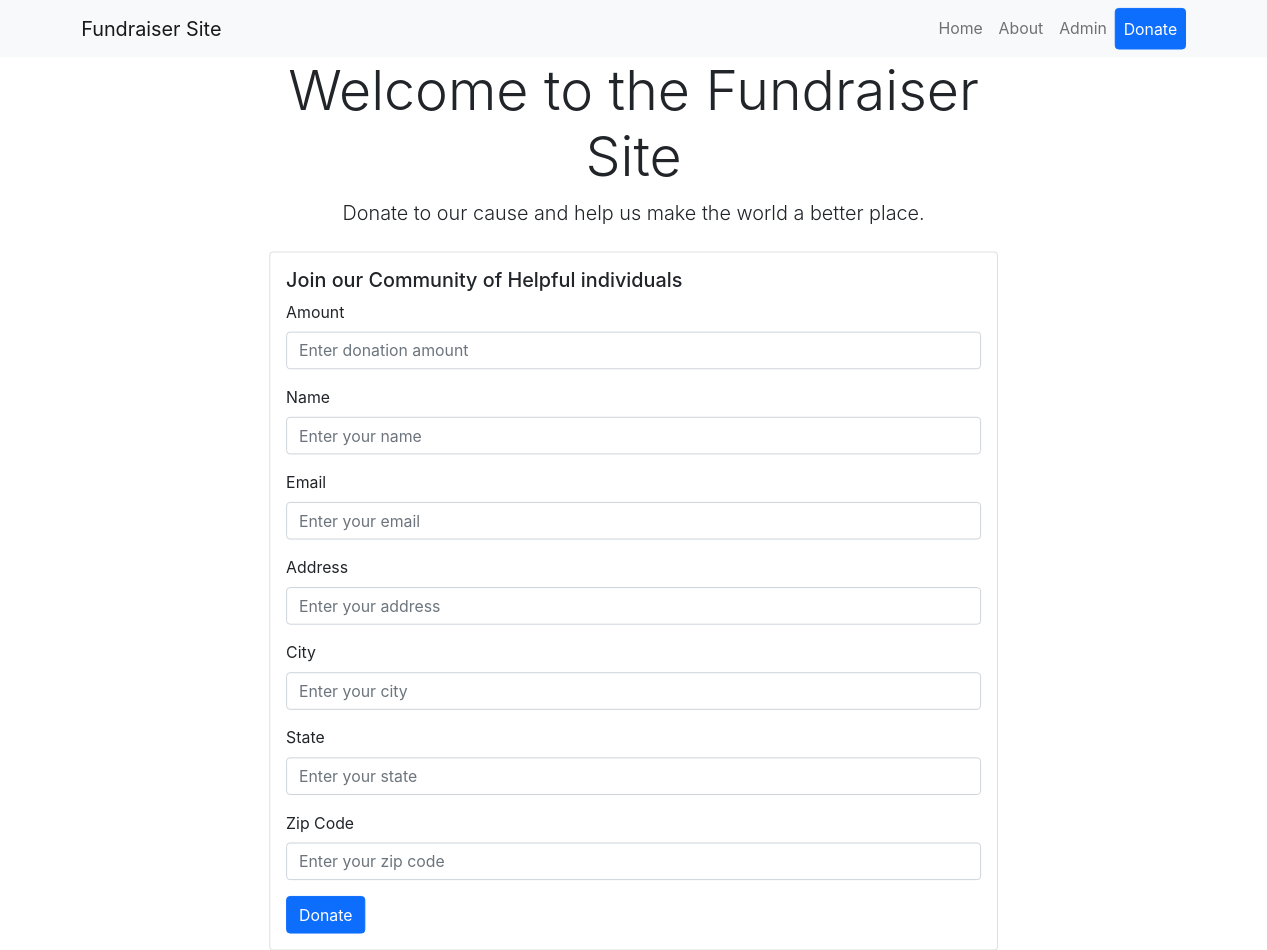
Repository: DragonFruit8/Fundraiser-Page
Page: /
These files come from the project's save history. The page is drawn as it stood at one moment and after a run of saves; the edit follows.
The browser window is 1280 px wide. The pictures show the whole page, at 99% of full size.
The project was rebuilt for these pictures with package versions that can differ from the ones it lists, and the page was loaded fresh each time. Also part of the build but not shown: src/pages/About.js, src/pages/Donate.js, src/pages/Admin.js.

Above is the page before, as saved 2024-07-19 12:41:42.

### public/index.html
<!DOCTYPE html>
<html lang="en">
  <head>
    <meta charset="utf-8" />
    <link rel="icon" href="%PUBLIC_URL%/favicon.ico" />
    <meta name="viewport" content="width=device-width, initial-scale=1" />
    <meta name="theme-color" content="#000000" />
    <meta
      name="description"
      content="Web site created using create-react-app"
    />
    <link rel="apple-touch-icon" href="%PUBLIC_URL%/logo192.png" />
    <link
      href="https://cdn.jsdelivr.net/npm/bootstrap@5.0.2/dist/css/bootstrap.min.css"
      rel="stylesheet"
      integrity="sha384-EVSTQN3/azprG1Anm3QDgpJLIm9Nao0Yz1ztcQTwFspd3yD65VohhpuuCOmLASjC"
      crossorigin="anonymous"
    />
    <!--
      manifest.json provides metadata used when your web app is installed on a
      user's mobile device or desktop. See https://developers.google.com/web/fundamentals/web-app-manifest/
    -->
    <link rel="manifest" href="%PUBLIC_URL%/manifest.json" />
    <!--
      Notice the use of %PUBLIC_URL% in the tags above.
      It will be replaced with the URL of the `public` folder during the build.
      Only files inside the `public` folder can be referenced from the HTML.

      Unlike "/favicon.ico" or "favicon.ico", "%PUBLIC_URL%/favicon.ico" will
      work correctly both with client-side routing and a non-root public URL.
      Learn how to configure a non-root public URL by running `npm run build`.
    -->
    <title>React App</title>
  </head>
  <body>
    <noscript>You need to enable JavaScript to run this app.</noscript>
    <div id="root"></div>
    <!--
      This HTML file is a template.
      If you open it directly in the browser, you will see an empty page.

      You can add webfonts, meta tags, or analytics to this file.
      The build step will place the bundled scripts into the <body> tag.

      To begin the development, run `npm start` or `yarn start`.
      To create a production bundle, use `npm run build` or `yarn build`.
    -->
    <script
      src="https://cdn.jsdelivr.net/npm/bootstrap@5.0.2/dist/js/bootstrap.bundle.min.js"
      integrity="sha384-MrcW6ZMFYlzcLA8Nl+NtUVF0sA7MsXsP1UyJoMp4YLEuNSfAP+JcXn/tWtIaxVXM"
      crossorigin="anonymous"
    ></script>
    <script
      src="https://cdn.jsdelivr.net/npm/@popperjs/core@2.9.2/dist/umd/popper.min.js"
      integrity="sha384-IQsoLXl5PILFhosVNubq5LC7Qb9DXgDA9i+tQ8Zj3iwWAwPtgFTxbJ8NT4GN1R8p"
      crossorigin="anonymous"
    ></script>
    <script
      src="https://cdn.jsdelivr.net/npm/bootstrap@5.0.2/dist/js/bootstrap.min.js"
      integrity="sha384-cVKIPhGWiC2Al4u+LWgxfKTRIcfu0JTxR+EQDz/bgldoEyl4H0zUF0QKbrJ0EcQF"
      crossorigin="anonymous"
    ></script>
  </body>
</html>

### src/App.js
import React from 'react';
import { BrowserRouter as Router, Route, Routes } from 'react-router-dom';
import Home from './pages/Home';
import About from './pages/About';
import Donate from './pages/Donate';
import Admin from './pages/Admin';
import Navbar from './components/Navbar';

const App = () => {
  return (
    <Router>
      <Navbar />
      <Routes>
        <Route path="/" element={<Home />} />
        <Route path="/about" element={<About />} />
        <Route path="/donate" element={<Donate />} />
        <Route path="/admin" element={<Admin />} />
      </Routes>
    </Router>
  );
};

export default App;

### src/pages/Home.js

import React, { useState } from 'react';


const Home = () => {
    const [residentialInfo, setResidentialInfo] = useState({
        address: '',
        city: '',
        state: '',
        zipCode: ''
    });

    const handleChange = (e) => {
        setResidentialInfo({
            ...residentialInfo,
            [e.target.name]: e.target.value
        });
    };

    const handleSubmit = (e) => {
        e.preventDefault();
        // Send residentialInfo to the association for neighbors
        console.log(residentialInfo);
        // Reset the form
        setResidentialInfo({
            address: '',
            city: '',
            state: '',
            zipCode: ''
        });
    };

    return (
        <section className="container">
            <div className="row justify-content-center">
                <div className="col-md-8">
                    <div className="text-center">
                        <h1 className="display-4">Welcome to the Fundraiser Site</h1>
                        <p className="lead">Donate to our cause and help us make the world a better place.</p>
                    </div>
                    <div className="card mt-4">
                        <div className="card-body">
                            <h5 className="card-title">Join our Community of Helpful individuals</h5>
                            <form onSubmit={handleSubmit}>
                                <div className="mb-3">
                                    <label htmlFor="amount" className="form-label">Amount</label>
                                    <input type="number" className="form-control" id="amount" placeholder="Enter donation amount" />
                                </div>
                                <div className="mb-3">
                                    <label htmlFor="name" className="form-label">Name</label>
                                    <input type="text" className="form-control" id="name" placeholder="Enter your name" />
                                </div>
                                <div className="mb-3">
                                    <label htmlFor="email" className="form-label">Email</label>
                                    <input type="email" className="form-control" id="email" placeholder="Enter your email" />
                                </div>
                                <div className="mb-3">
                                    <label htmlFor="address" className="form-label">Address</label>
                                    <input type="text" className="form-control" id="address" name="address" value={residentialInfo.address} onChange={handleChange} placeholder="Enter your address" />
                                </div>
                                <div className="mb-3">
                                    <label htmlFor="city" className="form-label">City</label>
                                    <input type="text" className="form-control" id="city" name="city" value={residentialInfo.city} onChange={handleChange} placeholder="Enter your city" />
                                </div>
                                <div className="mb-3">
                                    <label htmlFor="state" className="form-label">State</label>
                                    <input type="text" className="form-control" id="state" name="state" value={residentialInfo.state} onChange={handleChange} placeholder="Enter your state" />
                                </div>
                                <div className="mb-3">
                                    <label htmlFor="zipCode" className="form-label">Zip Code</label>
                                    <input type="text" className="form-control" id="zipCode" name="zipCode" value={residentialInfo.zipCode} onChange={handleChange} placeholder="Enter your zip code" />
                                </div>
                                <button type="submit" className="btn btn-primary">Donate</button>
                            </form>
                        </div>
                    </div>
                </div>
            </div>
        </section>
    );
    };


export default Home;

### src/components/Navbar.js
import React from 'react';
import { Link } from 'react-router-dom';

const Navbar = () => {
    return (
        <nav className="navbar navbar-expand-lg navbar-light bg-light">
            <div className="container">
                <Link className="navbar-brand" to="/">Fundraiser Site</Link>
                <button className="navbar-toggler" type="button" data-bs-toggle="collapse" data-bs-target="#navbarNav" aria-controls="navbarNav" aria-expanded="false" aria-label="Toggle navigation">
                    <span className="navbar-toggler-icon"></span>
                </button>
                <div className="collapse navbar-collapse" id="navbarNav">
                    <ul className="navbar-nav ms-auto">
                        <li className="nav-item">
                            <Link className="nav-link" to="/">Home</Link>
                        </li>
                        <li className="nav-item">
                            <Link className="nav-link" to="/about">About</Link>
                        </li>
                        <li className="nav-item">
                            <Link className="nav-link" to="/admin">Admin</Link>
                        </li>
                        <li className="nav-item">
                            <Link className="nav-link btn btn-primary text-white" to="/donate">Donate</Link>
                        </li>
                    </ul>
                </div>
            </div>
        </nav>
    );
}

export default Navbar;

Loaded but not shown: src/index.js (common file); src/index.css (common file)

After the next 2 saves:
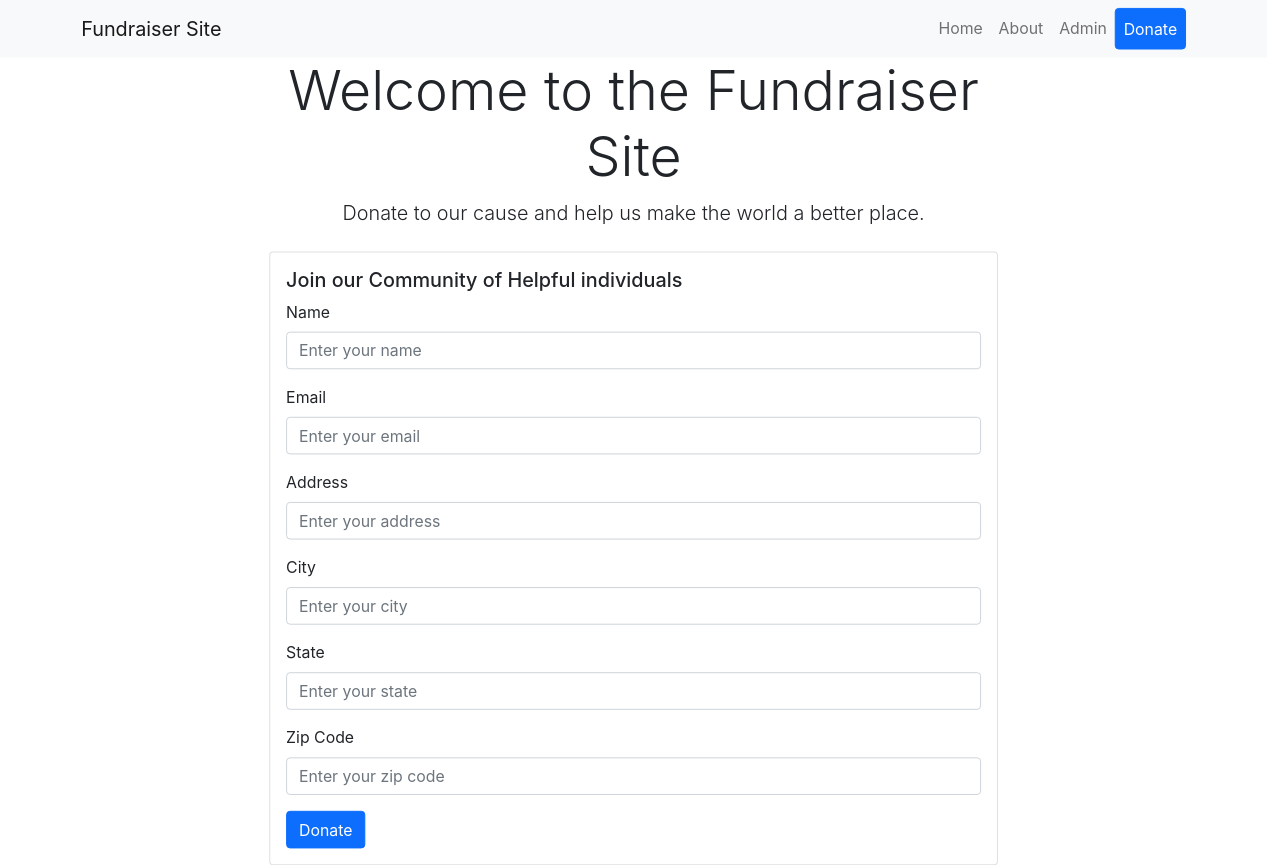
The 2 saves are shown as one change because they came seconds apart.
The last was saved 11 s later.
--- a/src/pages/Home.js
+++ b/src/pages/Home.js
@@ -43,10 +43,6 @@ const Home = () => {
                             <h5 className="card-title">Join our Community of Helpful individuals</h5>
                             <form onSubmit={handleSubmit}>
                                 <div className="mb-3">
-                                    <label htmlFor="amount" className="form-label">Amount</label>
-                                    <input type="number" className="form-control" id="amount" placeholder="Enter donation amount" />
-                                </div>
-                                <div className="mb-3">
                                     <label htmlFor="name" className="form-label">Name</label>
                                     <input type="text" className="form-control" id="name" placeholder="Enter your name" />
                                 </div>
